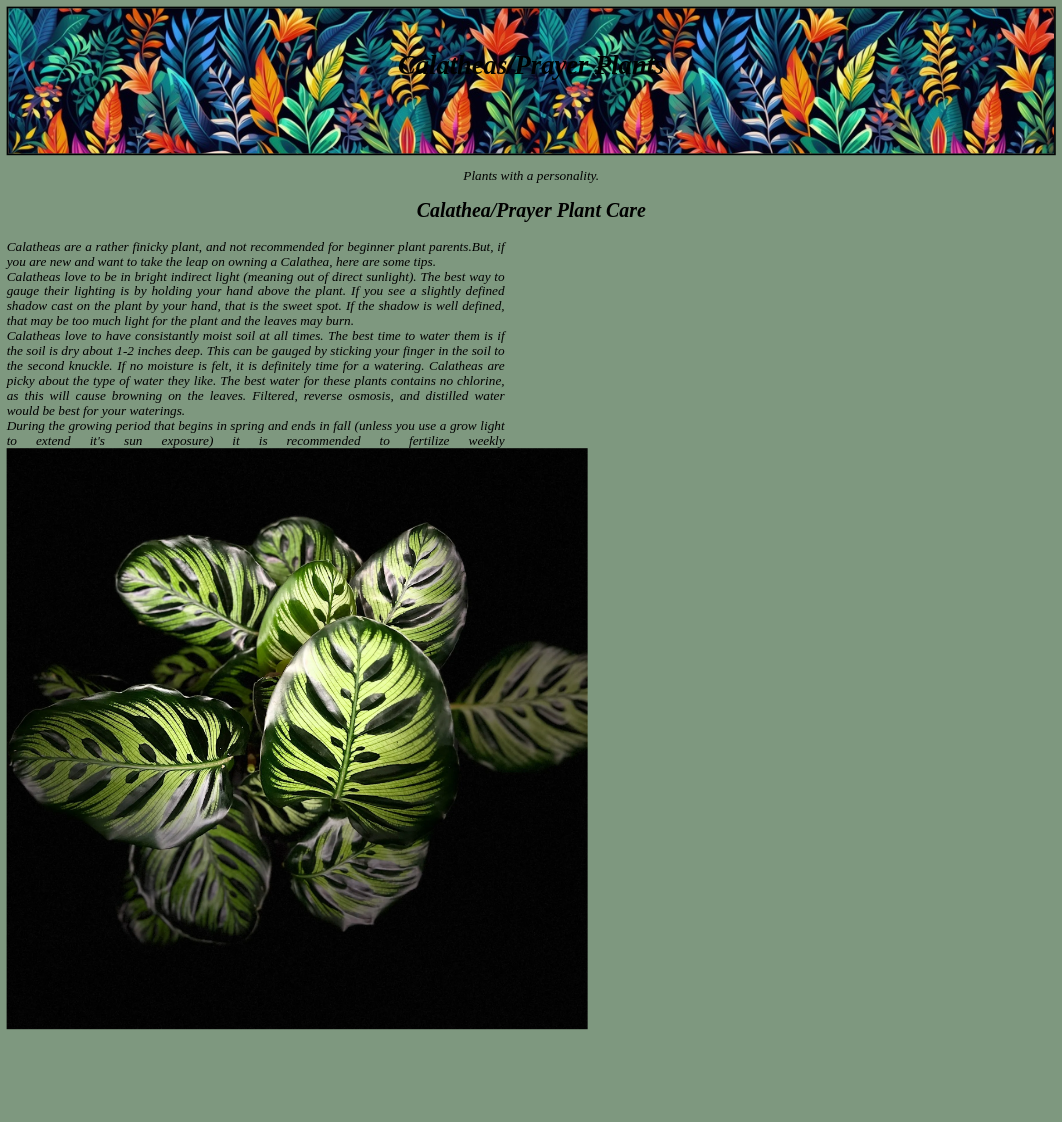
Repository: swillis91/odin-recipies
Page: Planty Page/calatheas.html
These files come from the project's save history. The page is drawn as it stood at one moment and after the next save; the edit follows.
The browser window is 1280 px wide. The pictures show the whole page, at 83% of full size.

Above is the page before, as saved 2023-08-11 00:20:10.

After the next save:
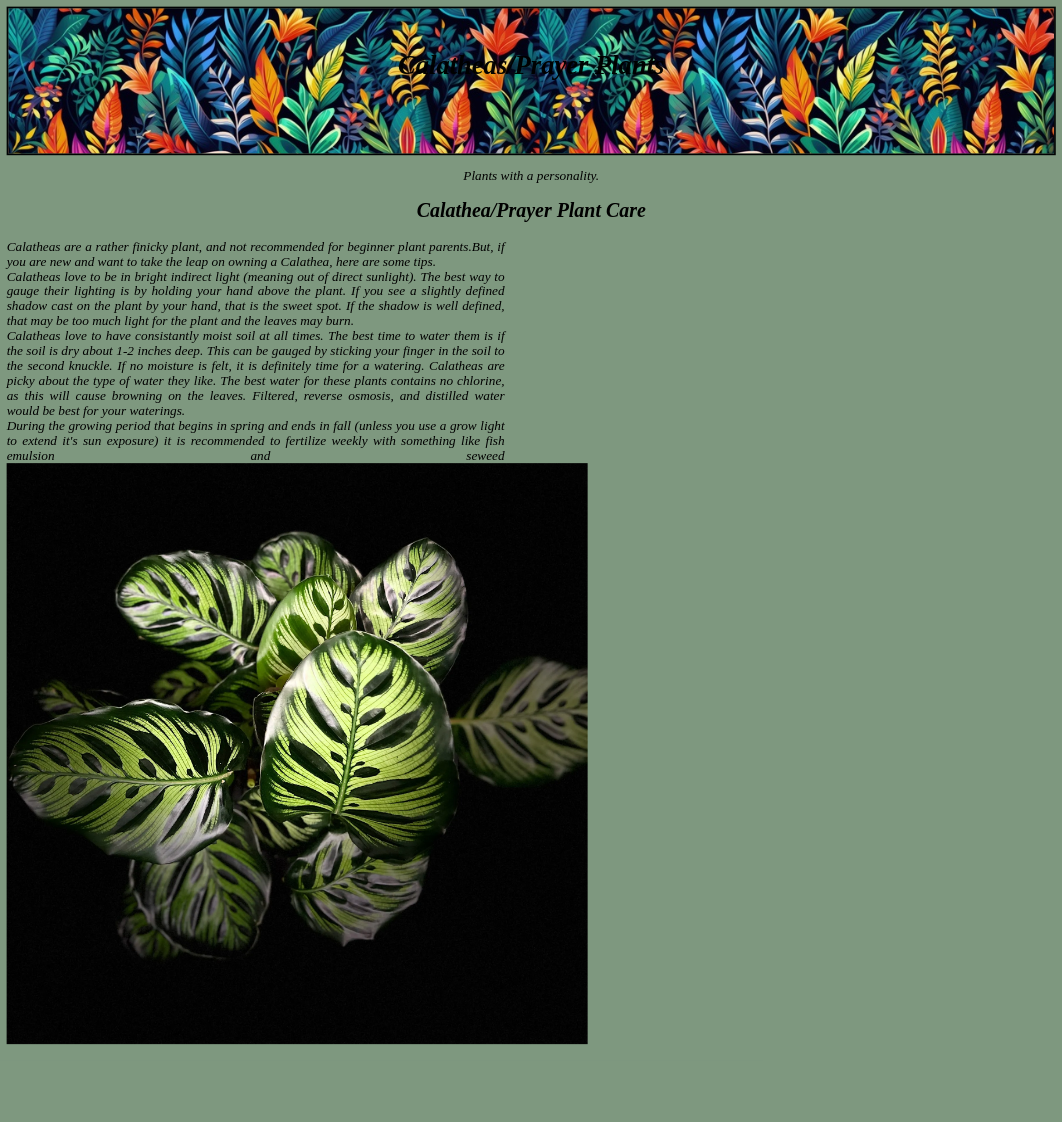
Saved 15 s later.
--- a/Planty Page/calatheas.html
+++ b/Planty Page/calatheas.html
@@ -14,7 +14,7 @@
                 <br>
                 Calatheas love to have consistantly moist soil at all times. The best time to water them is if the soil is dry about 1-2 inches deep. This can be gauged by sticking your finger in the soil to the second knuckle. If no moisture is felt, it is definitely time for a watering. Calatheas are picky about the type of water they like. The best water for these plants contains <em>no</em> chlorine, as this will cause browning on the leaves. Filtered, reverse osmosis, and distilled water would be best for your waterings.
                 <br>
-                During the growing period that begins in spring and ends in fall (unless you use a grow light to extend it's <i>sun</i> exposure) it is recommended to fertilize weekly
+                During the growing period that begins in spring and ends in fall (unless you use a grow light to extend it's <i>sun</i> exposure) it is recommended to fertilize weekly with something like fish emulsion and seweed
                 <img src="./Images/makoyana.webp" id="calathea makoyana" width="700px">
 
                 </tr>
